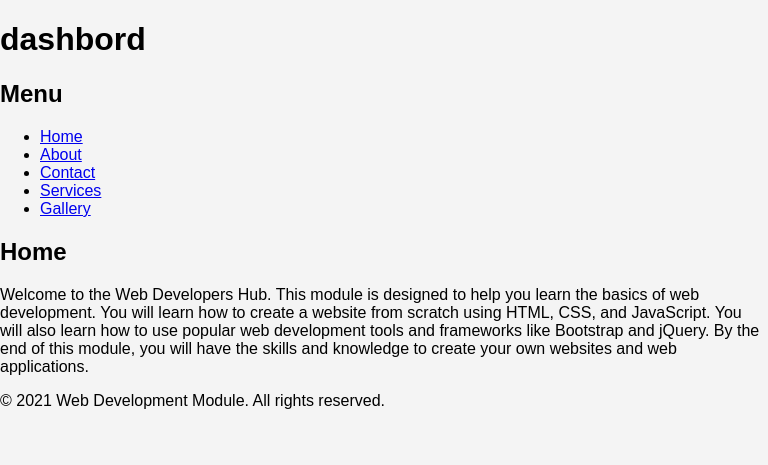
Repository: Haakim19/WebDevelopment
Page: Main.html
These files come from the project's save history. The page is drawn as it stood at one moment and after the next save; the edit follows.
The browser window is 768 px wide. The pictures show the whole page.

Above is the page before, as saved 2024-10-02 14:41:30.

### Main.html
<!DOCTYPE html>
<html lang="en">
<head>
    <meta charset="UTF-8">
    <meta name="viewport" content="width=device-width, initial-scale=1.0">
    <link rel="stylesheet" href="Main.css">
    <title>Web Development Module</title>
</head>
<body>
    <div class="dashbord">
        <div class="dashbord-header">
            <h1>dashbord</h1>
        </div>
        <div class="dashbord-body">
            <div class="dashbord-body-left">
                <div class="dashbord-body-left-header">
                    <h2>Menu</h2>
                </div>
                <div class="dashbord-body-left-body">
                    <ul>
                        <li><a href="Main.html">Home</a></li>
                        <li><a href="About.html">About</a></li>
                        <li><a href="Contact.html">Contact</a></li>
                        <li><a href="Services.html">Services</a></li>
                        <li><a href="Gallery.html">Gallery</a></li>
                    </ul>
                </div>
            </div>
            <div class="dashbord-body-right">
                <div class="dashbord-body-right-header">
                    <h2>Home</h2>
                </div>
                <div class="dashbord-body-right-body">
                    <p>Welcome to the Web Developers Hub. This module is designed to help you learn the basics of web development. You will learn how to create a website from scratch using HTML, CSS, and JavaScript. You will also learn how to use popular web development tools and frameworks like Bootstrap and jQuery. By the end of this module, you will have the skills and knowledge to create your own websites and web applications.</p>
                </div>
            </div>
        </div>
        <div class="dashbord-footer">
            <p>&copy; 2021 Web Development Module. All rights reserved.</p>
        </div>
    </div>

</body>
</html>

### Main.css
/* Main.css */

/* General styles */
body {
    font-family: Arial, sans-serif;
    margin: 0;
    padding: 0;
    background-color: #f4f4f4;
}

/* Header styles */
header {
    background-color: #333;
    color: #fff;
    padding: 10px 0;
    text-align: center;
}

header h1 {
    margin: 0;
}

/* Navigation styles */
nav {
    background-color: #444;
    overflow: hidden;
}

nav ul {
    list-style: none;
    margin: 0;
    padding: 0;
}

nav ul li {
    float: left;
}

nav ul li a {
    display: block;
    color: #fff;
    text-align: center;
    padding: 14px 20px;
    text-decoration: none;
}

nav ul li a:hover {
    background-color: #555;
}

/* Main content styles */
main {
    padding: 20px;
}

/* Footer styles */
footer {
    background-color: #333;
    color: #fff;
    text-align: center;
    padding: 10px 0;
    position: fixed;
    width: 100%;
    bottom: 0;
}

After the next save:
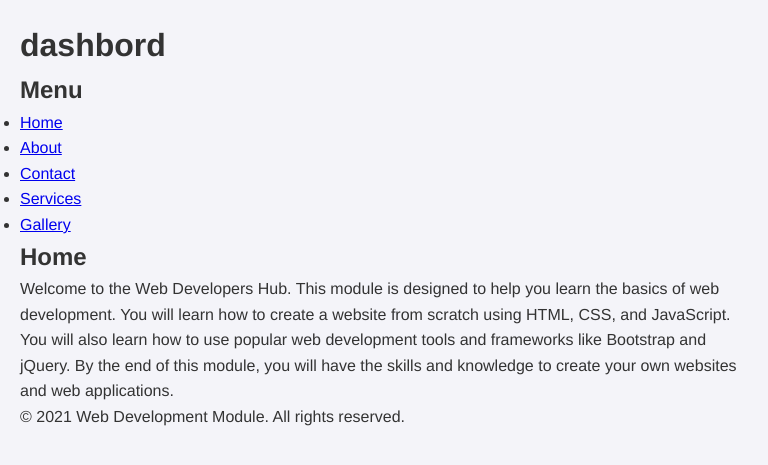
Saved 65 s later.
--- a/Main.css
+++ b/Main.css
@@ -1,65 +1,117 @@
 /* Main.css */
 
-/* General styles */
-body {
-    font-family: Arial, sans-serif;
+/* Reset some default browser styles */
+* {
     margin: 0;
     padding: 0;
-    background-color: #f4f4f4;
+    box-sizing: border-box;
+    font-family: 'Helvetica Neue', Helvetica, Arial, sans-serif;
 }
 
-/* Header styles */
+/* Body styling */
+body {
+    background-color: #f4f4f9;
+    color: #333;
+    line-height: 1.6;
+    padding: 20px;
+}
+
+/* Container styling */
+.container {
+    max-width: 1200px;
+    margin: 0 auto;
+    padding: 20px;
+    background: #fff;
+    box-shadow: 0 4px 8px rgba(0, 0, 0, 0.1);
+    border-radius: 8px;
+}
+
+/* Header styling */
 header {
-    background-color: #333;
+    background: #333;
     color: #fff;
-    padding: 10px 0;
+    padding: 20px 0;
     text-align: center;
+    border-radius: 8px 8px 0 0;
 }
 
 header h1 {
     margin: 0;
+    font-size: 2.5em;
 }
 
-/* Navigation styles */
+/* Navigation styling */
 nav {
-    background-color: #444;
-    overflow: hidden;
+    margin: 20px 0;
+    text-align: center;
 }
 
-nav ul {
-    list-style: none;
-    margin: 0;
-    padding: 0;
+nav a {
+    color: #333;
+    text-decoration: none;
+    margin: 0 15px;
+    font-weight: bold;
 }
 
-nav ul li {
-    float: left;
+nav a:hover {
+    color: #007bff;
 }
 
-nav ul li a {
-    display: block;
-    color: #fff;
-    text-align: center;
-    padding: 14px 20px;
-    text-decoration: none;
-}
-
-nav ul li a:hover {
-    background-color: #555;
-}
-
-/* Main content styles */
+/* Main content styling */
 main {
     padding: 20px;
 }
 
-/* Footer styles */
+main h2 {
+    font-size: 2em;
+    margin-bottom: 20px;
+    color: #007bff;
+}
+
+main p {
+    margin-bottom: 20px;
+}
+
+/* Footer styling */
 footer {
-    background-color: #333;
+    background: #333;
     color: #fff;
     text-align: center;
     padding: 10px 0;
-    position: fixed;
-    width: 100%;
-    bottom: 0;
+    border-radius: 0 0 8px 8px;
+    margin-top: 20px;
 }
+
+footer p {
+    margin: 0;
+}
+
+/* Button styling */
+button {
+    background: #007bff;
+    color: #fff;
+    border: none;
+    padding: 10px 20px;
+    border-radius: 5px;
+    cursor: pointer;
+    font-size: 1em;
+}
+
+button:hover {
+    background: #0056b3;
+}
+
+/* Responsive design */
+@media (max-width: 768px) {
+    .container {
+        padding: 10px;
+    }
+
+    header h1 {
+        font-size: 2em;
+    }
+
+    main h2 {
+        font-size: 1.5em;
+    }
+}
